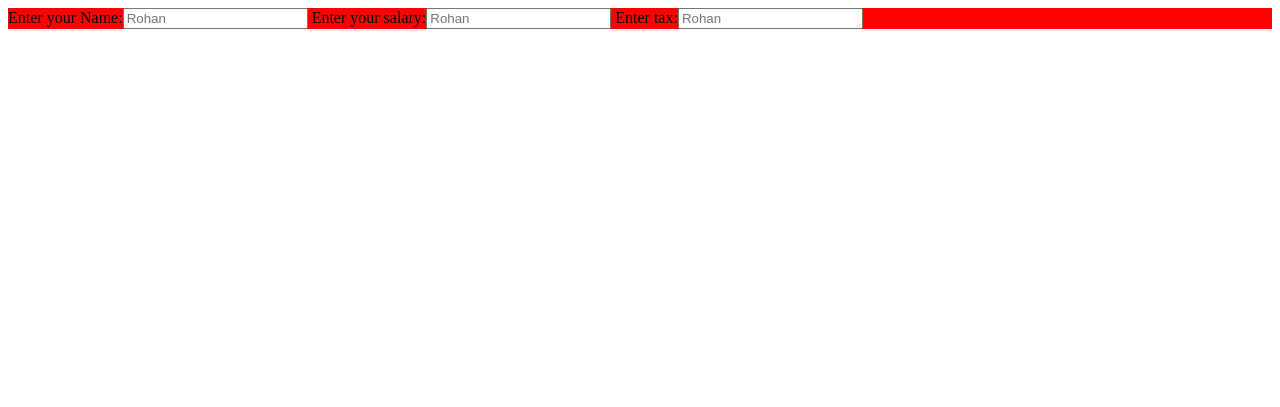
Repository: rohanaj2001/j2ee
Page: prog6/src/main/webapp/index.html
These files come from the project's save history. The page is drawn as it stood at one moment and after the next save; the edit follows.
The browser window is 1280 px wide. The pictures show the whole page.

Above is the page before, as saved 2023-05-25 17:24:07.

### prog6/src/main/webapp/index.html
<!DOCTYPE html>
<html>
<head>
<meta charset="ISO-8859-1">
<title>Insert title here</title>
<link rel='stylesheet' type='text/css' href='./index.css'>
</head>
<body>
<form method="post" action="backend" id="form">
Enter your Name:<input type="text" placeholder="Rohan">
Enter your salary:<input type="number" placeholder="Rohan">
Enter tax:<input type="number" placeholder="Rohan">
</form>
</body>
</html>

### prog6/src/main/webapp/index.css
#form{
	background-color: red;
}

After the next save:
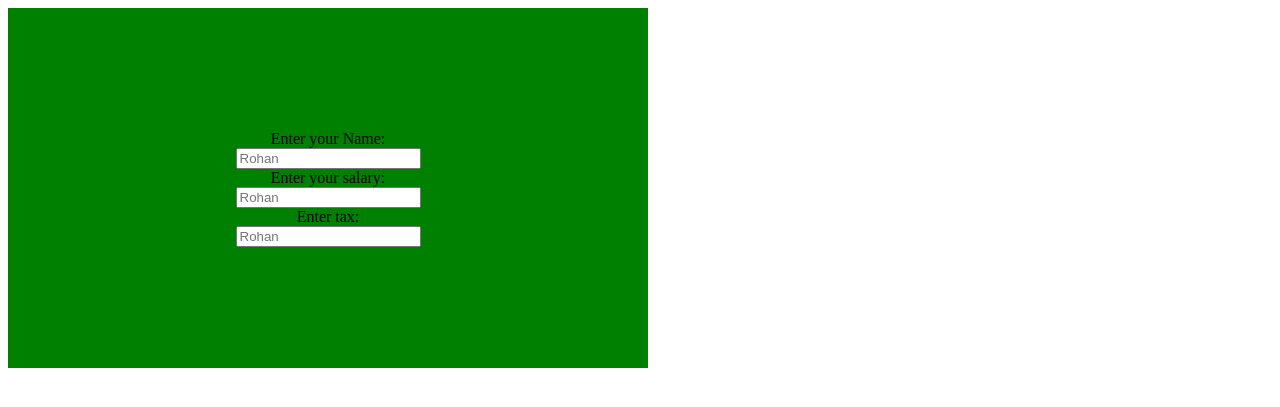
Saved 2 min 17 s later.
--- a/prog6/src/main/webapp/index.css
+++ b/prog6/src/main/webapp/index.css
@@ -1,3 +1,10 @@
 #form{
-	background-color: red;
+	display: flex;
+	flex-direction: column;
+	background-color: green;
+	height :50vh;
+	width :50vw;
+	justify-content: center;
+	align-items: center;
+
 }
